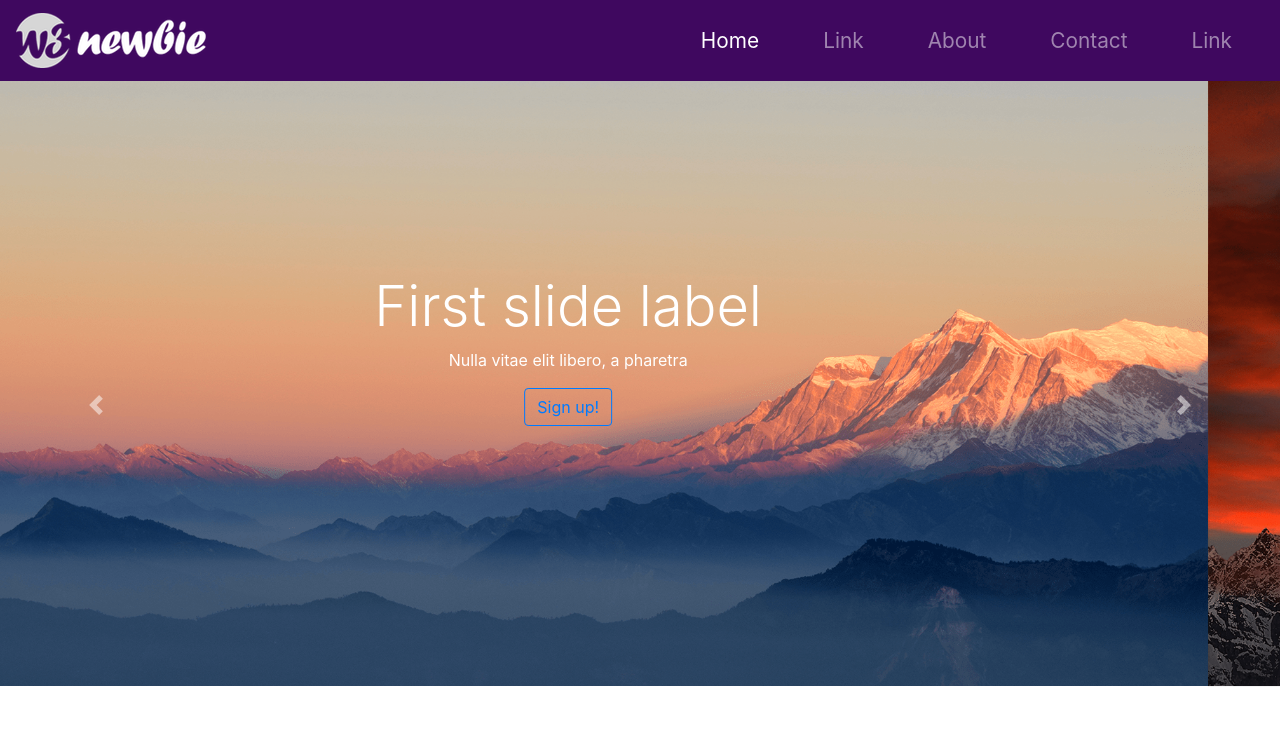
Repository: Mietlicha/bootstrap-project
Page: Bootstrap Website Files/index.html
An editor plug-in stored every save of this project. The page is shown before and after the next save, followed by the edit.
The browser window is 1280 px wide. The pictures show the whole page.

Above is the page before, as saved 2019-10-28 22:27:00.

After the next save:
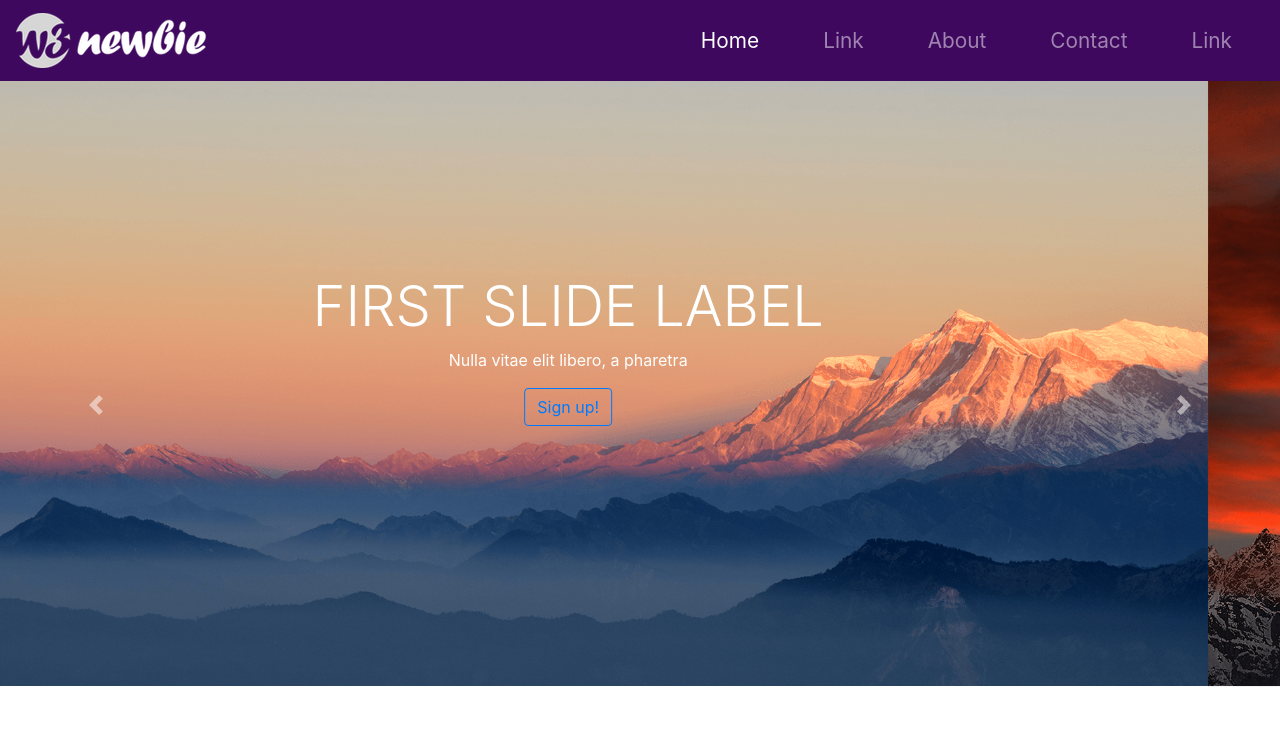
Saved 4 min 28 s later.
--- a/Bootstrap Website Files/index.html
+++ b/Bootstrap Website Files/index.html
@@ -52,7 +52,7 @@
         <div class="carousel-item active">
           <img src="img/mountains.png" class="d-block w-100 position-carusel-caption" alt="mountains">
           <div class="carousel-caption">
-              <h1 class="display-4">First slide label</h1>
+              <h1 class="display-4 text-uppercase">First slide label</h1>
               <p>Nulla vitae elit libero, a pharetra</p>
               <button type="button" class="btn btn-outline-primary mb-5">Sign up!</button>
           </div>
